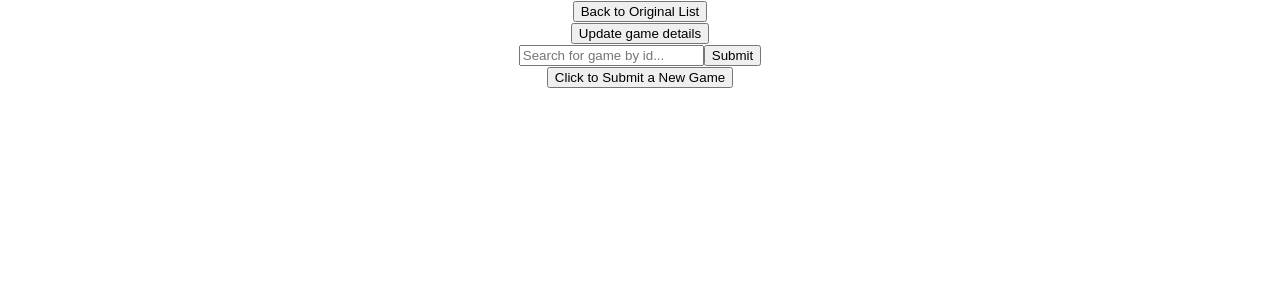
Repository: The-Software-Guild/assessment-2-react-nj10deadend
Page: / (app in Part-2/React-section/frontend/)
The author's editor kept a copy of each file at every save. The page is drawn from the files as they stood at one save, then again after the next save.
The browser window is 1280 px wide. The pictures show the whole page.
The page's requests for data from a server got no answer. The project was rebuilt for these pictures with package versions that can differ from the ones it lists, and the page was loaded fresh each time. No one was signed in, and anything a server would have sent is missing. Also part of the build but not shown: Part-2/React-section/frontend/src/components/GameCards.js.

Above is the page before, as saved 2021-12-19 14:21:14.

After the next save:
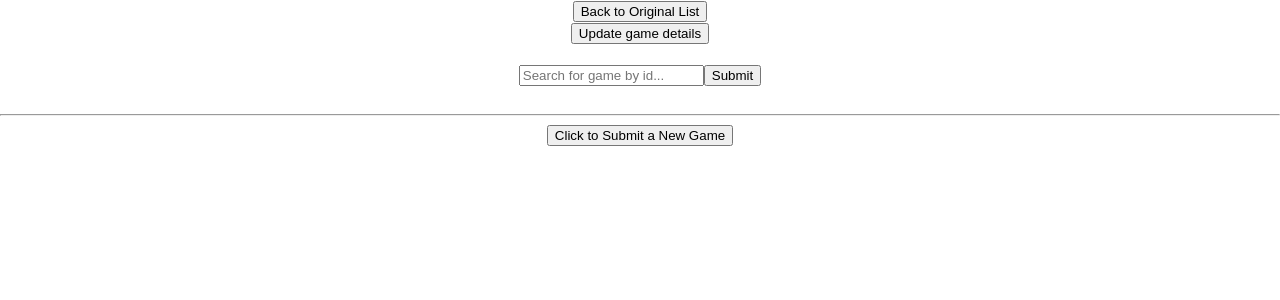
Saved 22 s later.
--- a/Part-2/React-section/frontend/src/App.js
+++ b/Part-2/React-section/frontend/src/App.js
@@ -28,7 +28,10 @@ function App() {
     <div className="App">
       <button onClick={getFetchGameServer}>Back to Original List</button>
       <UpdateGame />
+      <br></br>
       <GameSearch setGameData={setGameData}/>
+      <br></br>
+      <hr></hr>
       <AddGameForm setGameData={setGameData}/>
 
       <Home gameData={gameData}/>
